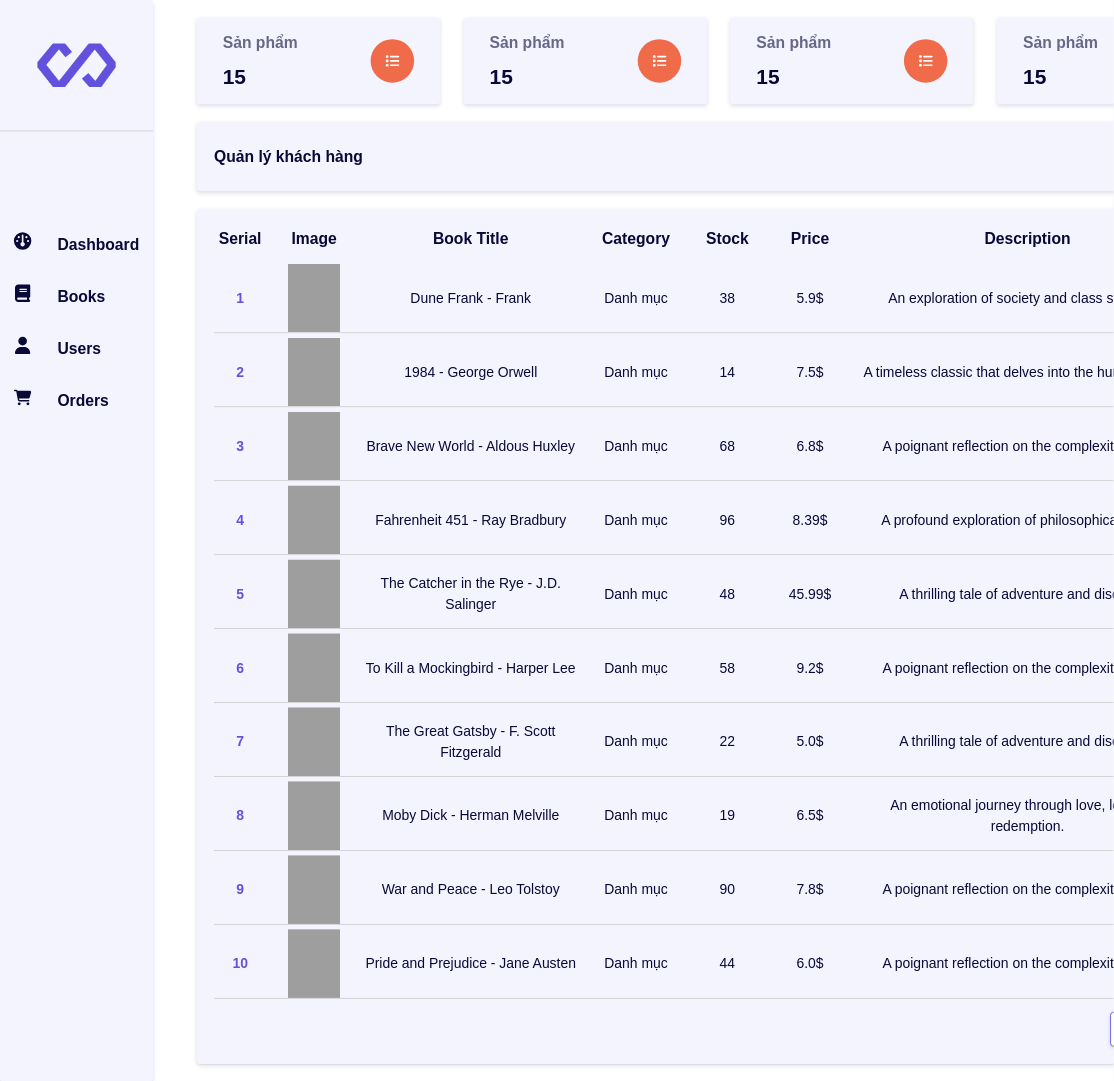
Repository: kauittt/BookStore_FE
Page: / (app in book-store/)
These files come from the project's save history. The page is drawn as it stood at one moment and after the next save; the edit follows.
The browser window is 1280 px wide. The pictures show the whole page, at 87% of full size.
Pictures or frames that could not be fetched are drawn as grey boxes. The project was rebuilt for these pictures with package versions that can differ from the ones it lists, and the page was loaded fresh each time. Also part of the build but not shown: book-store/vite.config.js, book-store/src/components/elements/FormInput.jsx, book-store/src/components/login-signup/Login.jsx, book-store/src/components/book/BookItem.jsx, book-store/src/components/book/BookList.jsx, book-store/src/components/elements/BackNavigation.jsx, book-store/src/components/book/BookDetail.jsx, book-store/src/components/cart/QuantitySelector.jsx and 4 more.

Above is the page before, as saved 2024-07-20 11:53:23.

After the next save:
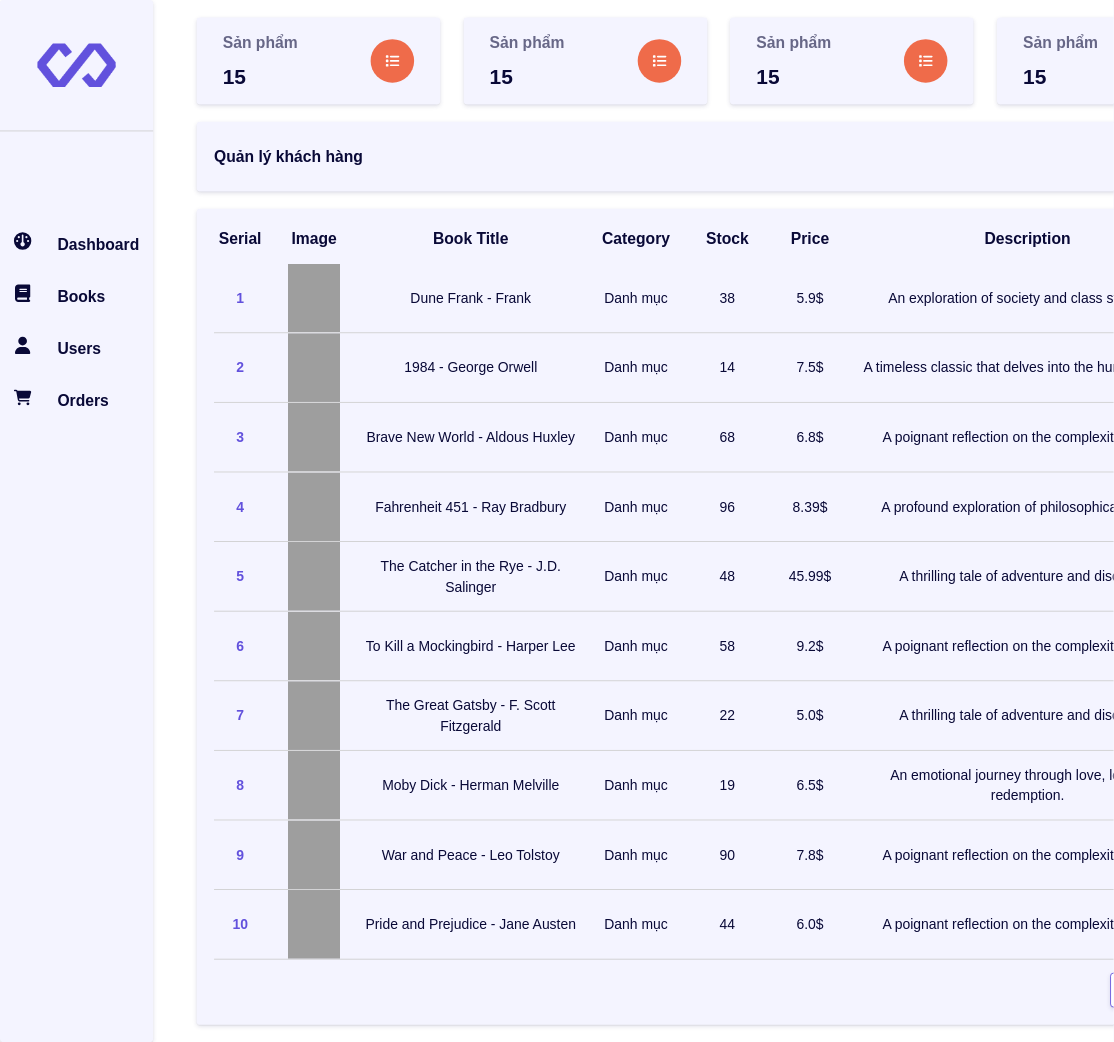
Saved 3 s later.
--- a/book-store/src/components/admin/ManageList.jsx
+++ b/book-store/src/components/admin/ManageList.jsx
@@ -67,7 +67,7 @@ const ManageList = (props) => {
             </div>
 
             {/*//* List Item */}
-            <div className="flex flex-col gap-[5px]">
+            <div className="flex flex-col ">
                 {props.books.map((book, index) => (
                     <ManageItem
                         data={book}
